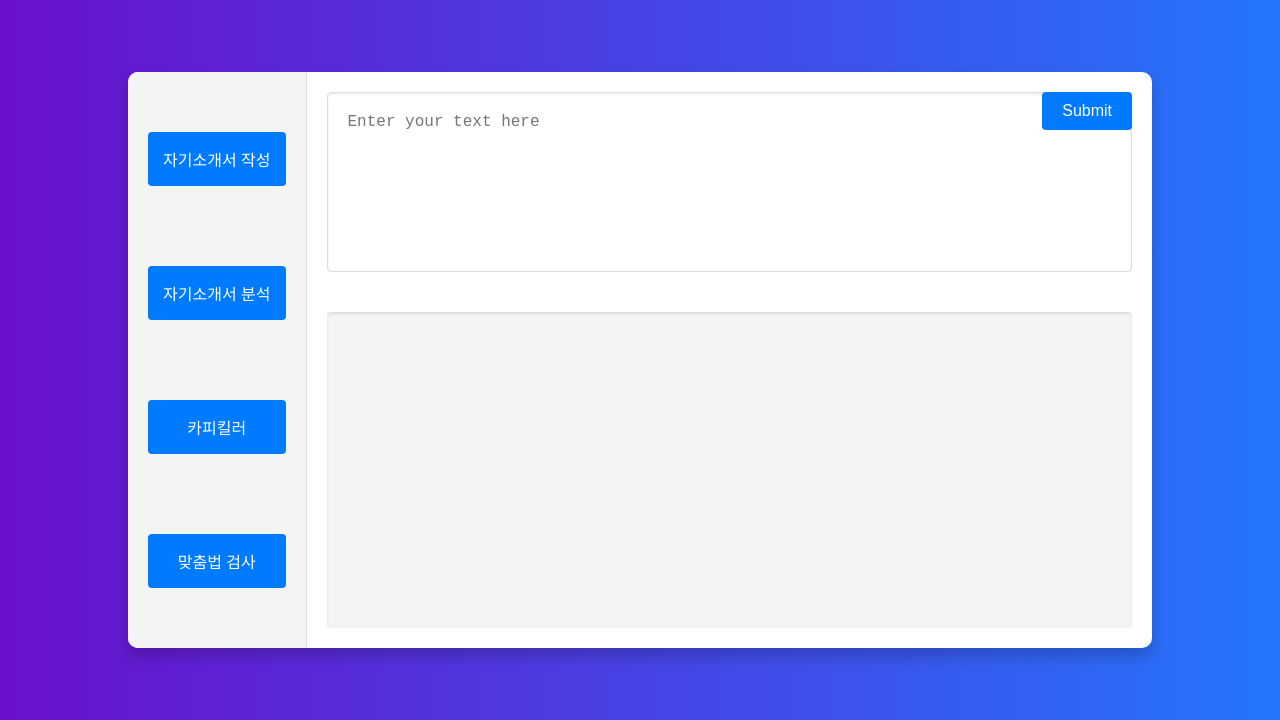
Repository: Choi9912/Flask_IntroduceGPT
Page: http://localhost/
An editor plug-in stored every save of this project. The page is shown before and after the next save, followed by the edit.
The browser window is 1280 px wide. The pictures show the whole page.
The page is served by the project's application, run on Flask 3 (app.py).

Above is the page before, as saved 2024-07-30 12:16:48.

### templates/index.html
<!doctype html>
<html lang="en">
<head>
    <meta charset="UTF-8">
    <title>AI Q&A</title>
    <link rel="stylesheet" href="style.css">
    <link href="https://fonts.googleapis.com/css2?family=Roboto:wght@400;500;700&display=swap" rel="stylesheet">
</head>
<body>
    <div class="container">
        <div class="sidebar">
            <button class="sidebar-btn" id="sendBtn">자기소개서 작성</button>
            <button class="sidebar-btn" id="analyzeBtn">자기소개서 분석</button>
            <button class="sidebar-btn" id="plagiarismBtn">카피킬러</button>
            <button class="sidebar-btn" id="spellCheckBtn">맞춤법 검사</button>
        </div>
        <div class="content">
            <textarea id="inputArea" placeholder="Enter your text here" spellcheck="false"></textarea>
            <button class="submit-btn" id="actionBtn">Submit</button>
            <div id="output"></div>
        </div>
    </div>
    <script src="script.js"></script>
</body>
</html>

### app.py
from flask import Flask, request, jsonify, render_template
import requests
import logging
import os

from dotenv import load_dotenv

load_dotenv()
API_URL = os.getenv('API_URL')
# Configure logging
logging.basicConfig(level=logging.DEBUG)

app = Flask(__name__)

class SelfIntroductionAnalyzer:
    def __init__(self, api_url):
        self.api_url = api_url

    def analyze(self, introduction, method):
        if method == 'iterative_refinement':
            return self.iterative_refinement(introduction)
        elif method == 'step_by_step':
            return self.step_by_step(introduction)
        elif method == 'few_shot':
            return self.few_shot(introduction)
        elif method == 'constraint_setting':
            return self.constraint_setting(introduction)
        else:
            return 'Error: Invalid method'

    def iterative_refinement(self, introduction):
        return self.send_request(self.create_messages(introduction))

    def step_by_step(self, introduction):
        steps = [
            "단계 1: 자기소개서를 분석합니다.",
            "단계 2: 주요 포인트와 주제를 식별합니다.",
            "단계 3: 구조와 일관성을 평가합니다."
        ]
        messages = self.create_messages(introduction, " ".join(steps))
        return self.send_request(messages)

    def few_shot(self, introduction):
        examples = [
            {"role": "user", "content": "자기소개서의 강점을 분석해주세요.", "role": "assistant", "content": "자기소개서의 강점은 명확한 목표 설정과 구체적인 경험 사례입니다."},
            {"role": "user", "content": "자기소개서에서 개선할 점을 알려주세요.", "role": "assistant", "content": "자기소개서의 개선할 점은 내용의 일관성과 논리적 흐름입니다."}
        ]
        messages = self.create_messages(introduction, examples=examples)
        return self.send_request(messages)

    def constraint_setting(self, introduction):
        constraints = "최대한 자세하게 알려주세요."
        messages = self.create_messages(introduction, constraints)
        return self.send_request(messages)

    def create_messages(self, introduction, additional_content="", examples=None):
        messages = [
            {"role": "system", "content": "당신은 자기소개서를 분석하는 AI입니다."},
            {"role": "user", "content": f"다음 자기소개서를 분석해주세요: {introduction} {additional_content}"}
        ]
        if examples:
            messages = [{"role": ex["role"], "content": ex["content"]} for ex in examples] + messages
        return messages

    def send_request(self, messages):
        try:
            response = requests.post(self.api_url, json=messages)
            response.raise_for_status()
            return response.json().get('choices')[0]['message']['content']
        except requests.RequestException as e:
            logging.error(f"Error in SelfIntroductionAnalyzer: {e}")
            return 'Error: Unable to get a response from the API'


class SelfIntroductionWriter:
    def __init__(self, api_url):
        self.api_url = api_url

    def write(self, prompt, method):
        if method == 'iterative_refinement':
            return self.iterative_refinement(prompt)
        elif method == 'step_by_step':
            return self.step_by_step(prompt)
        elif method == 'few_shot':
            return self.few_shot(prompt)
        elif method == 'constraint_setting':
            return self.constraint_setting(prompt)
        else:
            return 'Error: Invalid method'

    def iterative_refinement(self, prompt):
        return self.send_request(self.create_messages(prompt))

    def step_by_step(self, prompt):
        steps = [
            "단계 1. 소제목을 넣자: 자기소개서에 소제목을 추가합니다.",
            "단계 2. 두괄식으로 작성하자: 결론부터 말하고 자세한 내용을 덧붙입니다.",
            "단계 3. 문장을 간결하게, 문단을 나눠서 쓰자: 간결하고 명확한 문장을 사용하고, 적절한 문단 나누기로 가독성을 높입니다."
   ]
        messages = self.create_messages(prompt, " ".join(steps))
        return self.send_request(messages)

    def few_shot(self, prompt):
        examples = [
            {
                "role": "user",
                "content": "자기소개서를 작성해주세요.",
                "role": "assistant",
                "content": (
                    "① 경력 소개: 저는 열정적이고 성실한 사람입니다. "
                    "② 성장 과정: 다양한 경험을 통해 성장했습니다. "
                    "③ 결론: 저의 협력과 도전정신을 바탕으로 회사에 기여하고 싶습니다."
                )
            },
            {
                "role": "user",
                "content": "자기소개서의 핵심을 작성해주세요.",
                "role": "assistant",
                "content": (
                    "- 소개: 저는 협력과 도전정신을 중요시합니다. "
                    "- 경험: 항상 새로운 것을 배우고자 합니다. "
                    "- 목표: 이러한 태도로 귀사에 큰 기여를 하고 싶습니다."
                )
            }
        ]
        messages = self.create_messages(prompt, examples=examples)
        return self.send_request(messages)

    def constraint_setting(self, prompt):
        constraints = "소제목을 포함하고, 두괄식으로 작성하며, 문장을 간결하게 쓰고, 문단을 나누어 주세요."
        messages = self.create_messages(prompt, constraints)
        return self.send_request(messages)

    def create_messages(self, prompt, additional_content="", examples=None):
        messages = [
            {"role": "system", "content": "당신은 자기소개서를 작성하는 AI입니다."},
            {"role": "user", "content": f"다음 프롬프트로 자기소개서를 작성해주세요: {prompt} {additional_content}"}
        ]
        if examples:
            messages = [{"role": ex["role"], "content": ex["content"]} for ex in examples] + messages
        return messages

    def send_request(self, messages):
        try:
            response = requests.post(self.api_url, json=messages)
            response.raise_for_status()
            return response.json().get('choices')[0]['message']['content']
        except requests.RequestException as e:
            logging.error(f"Error in SelfIntroductionWriter: {e}")
            return 'Error: Unable to get a response from the API'



class PlagiarismDetector:
    def __init__(self, api_url):
        self.api_url = api_url

    def check_plagiarism(self, text, method):
        if method == 'iterative_refinement':
            return self.iterative_refinement(text)
        elif method == 'step_by_step':
            return self.step_by_step(text)
        elif method == 'few_shot':
            return self.few_shot(text)
        elif method == 'constraint_setting':
            return self.constraint_setting(text)
        else:
            return 'Error: Invalid method'

    def iterative_refinement(self, text):
        return self.send_request(self.create_messages(text))

    def step_by_step(self, text):
        steps = [
            "단계 1: 텍스트를 분석합니다.",
            "단계 2: 주요 포인트와 주제를 식별합니다.",
            "단계 3: 문장 구조와 단어 선택을 평가합니다.",
            "단계 4: 아이디어의 독창성을 평가합니다.",
            "단계 5: 다른 출처와의 유사성을 평가합니다."
        ]
        messages = self.create_messages(text, " ".join(steps))
        return self.send_request(messages)

    def few_shot(self, text):
        examples = [
            {"role": "user", "content": "다음 텍스트의 표절 여부를 검사해주세요.", "role": "assistant", "content": "이 텍스트는 다음 알려진 텍스트와 유사합니다: [알려진 텍스트]."},
            {"role": "user", "content": "이 텍스트는 표절인가요?", "role": "assistant", "content": "이 텍스트는 [알려진 텍스트]와 유사하므로 표절로 간주됩니다."}
        ]
        messages = self.create_messages(text, examples=examples)
        return self.send_request(messages)

    def constraint_setting(self, text):
        constraints = "텍스트의 모든 부분을 꼼꼼히 검사하고, 문장 구조, 단어 선택, 아이디어의 독창성을 고려하여 다른 출처와의 유사성을 평가해주세요."
        messages = self.create_messages(text, constraints)
        return self.send_request(messages)

    def create_messages(self, text, additional_content="", examples=None):
        messages = [
            {"role": "system", "content": "당신은 텍스트를 분석하여 표절 여부를 판단하는 AI입니다."},
            {"role": "user", "content": f"다음 텍스트의 표절 여부를 검사해주세요: {text} {additional_content}"}
        ]
        if examples:
            messages = [{"role": ex["role"], "content": ex["content"]} for ex in examples] + messages
        return messages

    def send_request(self, messages):
        try:
            response = requests.post(self.api_url, json=messages)
            response.raise_for_status()
            return response.json().get('choices')[0]['message']['content']
        except requests.RequestException as e:
            logging.error(f"Error in PlagiarismDetector: {e}")
            return 'Error: Unable to get a response from the API'



class SpellChecker:
    def __init__(self, api_url):
        self.api_url = api_url

    def check(self, text, method):
        if method == 'iterative_refinement':
            return self.iterative_refinement(text)
        elif method == 'step_by_step':
            return self.step_by_step(text)
        elif method == 'few_shot':
            return self.few_shot(text)
        elif method == 'constraint_setting':
            return self.constraint_setting(text)
        else:
            return 'Error: Invalid method'

    def iterative_refinement(self, text):
        return self.send_request(self.create_messages(text))

    def step_by_step(self, text):
        steps = [
            "단계 1: 텍스트를 분석합니다.",
            "단계 2: 철자 오류를 식별합니다.",
            "단계 3: 문법 오류를 식별합니다.",
            "단계 4: 문장 구조를 평가합니다.",
            "단계 5: 전체 텍스트의 일관성을 평가합니다."
        ]
        messages = self.create_messages(text, " ".join(steps))
        return self.send_request(messages)

    def few_shot(self, text):
        examples = [
            {"role": "user", "content": "다음 텍스트의 맞춤법을 검사해주세요.", "role": "assistant", "content": "이 텍스트에는 다음과 같은 철자 오류가 있습니다: [오류 예시]."},
            {"role": "user", "content": "이 텍스트의 문법 오류를 수정해주세요.", "role": "assistant", "content": "이 텍스트에는 다음과 같은 문법 오류가 있습니다: [오류 예시]."}
        ]
        messages = self.create_messages(text, examples=examples)
        return self.send_request(messages)

    def constraint_setting(self, text):
        constraints = "텍스트의 철자와 문법을 철저히 검사하고, 문장 구조와 일관성을 고려하여 전체 텍스트를 평가해주세요."
        messages = self.create_messages(text, constraints)
        return self.send_request(messages)

    def create_messages(self, text):
        return [
            {"role": "system", "content": "당신은 맞춤법 검사 AI입니다."},
            {"role": "user", "content": f"다음 글의 맞춤법을 확인해주세요: {text}"}
        ]

    def send_request(self, messages):
        try:
            response = requests.post(self.api_url, json=messages)
            response.raise_for_status()
            return response.json().get('choices')[0]['message']['content']
        except requests.RequestException as e:
            logging.error(f"Error in SpellChecker: {e}")
            return 'Error: Unable to get a response from the API'


class PromptOptimizerApp:
    def __init__(self, analyzer, writer, plagiarism_detector, spell_checker):
        self.app = Flask(__name__)
        self.analyzer = analyzer
        self.writer = writer
        self.plagiarism_detector = plagiarism_detector
        self.spell_checker = spell_checker
        self.setup_routes()

    def setup_routes(self):
        self.app.add_url_rule('/', 'index', self.index)
        self.app.add_url_rule('/generate', 'generate', self.generate, methods=['POST'])
        self.app.add_url_rule('/analyze', 'analyze', self.analyze_route, methods=['POST'])
        self.app.add_url_rule('/write', 'write', self.write_route, methods=['POST'])
        self.app.add_url_rule('/plagiarism_check', 'plagiarism_check', self.plagiarism_check_route, methods=['POST'])
        self.app.add_url_rule('/spell_check', 'spell_check', self.spell_check_route, methods=['POST'])

    def index(self):
        return render_template('index.html')

    def generate(self):
        data = request.get_json()
        question = data.get('question')
        logging.debug(f"Received question: {question}")

        answer = self.writer.iterative_refinement(question)
        return jsonify({'answer': answer})

    def analyze_route(self):
        data = request.get_json()
        introduction = data.get('introduction')
        method = data.get('method', 'iterative_refinement')  # Default to 'iterative_refinement'
        logging.debug(f"Received introduction: {introduction} with method: {method}")
        analysis = self.analyzer.analyze(introduction, method)
        return jsonify({'analysis': analysis})

    def write_route(self):
        data = request.get_json()
        prompt = data.get('prompt')
        method = data.get('method', 'iterative_refinement')  # Default to 'iterative_refinement'
        logging.debug(f"Received prompt: {prompt} with method: {method}")
        writing = self.writer.write(prompt, method)
        return jsonify({'writing': writing})

    def plagiarism_check_route(self):
        data = request.get_json()
        text = data.get('text')
        method = data.get('method', 'iterative_refinement')  # Default to 'iterative_refinement'
        logging.debug(f"Received text for plagiarism check: {text} with method: {method}")
        report = self.plagiarism_detector.check_plagiarism(text, method)

        return jsonify({'plagiarism_report': report})


    def spell_check_route(self):
        data = request.get_json()
        text = data.get('text')
        method = data.get('method', 'iterative_refinement')  # Default to 'iterative_refinement'
        logging.debug(f"Received text for spell check: {text} with method: {method}")
        report = self.spell_checker.check(text, method)
        return jsonify({'spell_check_report': report})

    def run(self):
        self.app.run(debug=True)

if __name__ == '__main__':
    analyzer = SelfIntroductionAnalyzer(API_URL)
    writer = SelfIntroductionWriter(API_URL)
    plagiarism_detector = PlagiarismDetector(API_URL)
    spell_checker = SpellChecker(API_URL)
    app_instance = PromptOptimizerApp(analyzer, writer, plagiarism_detector, spell_checker)
    app_instance.run()

### static/style.css
body {
    display: flex;
    justify-content: center;
    align-items: center;
    height: 100vh;
    margin: 0;
    font-family: 'Roboto', sans-serif;
    background: linear-gradient(to right, #6a11cb, #2575fc);
}

.container {
    display: flex;
    border-radius: 10px;
    box-shadow: 0 8px 16px rgba(0, 0, 0, 0.2);
    width: 80%;
    height: 80%;
    background-color: #ffffff;
    overflow: hidden;
    animation: fadeIn 1s ease-in-out;
}

.sidebar {
    display: flex;
    flex-direction: column;
    justify-content: space-around;
    padding: 20px;
    background-color: #f4f4f4;
    border-right: 1px solid #ddd;
    animation: slideIn 0.5s ease-in-out;
}

.sidebar-btn {
    padding: 15px;
    margin: 10px 0;
    border: none;
    border-radius: 4px;
    background-color: #007bff;
    color: #ffffff;
    cursor: pointer;
    font-size: 16px;
    transition: background-color 0.3s, box-shadow 0.3s, transform 0.3s;
}

.sidebar-btn:hover {
    background-color: #0056b3;
    box-shadow: 0 4px 8px rgba(0, 0, 0, 0.1);
    transform: translateY(-2px);
}

.content {
    flex: 1;
    display: flex;
    flex-direction: column;
    padding: 20px;
    position: relative;
    animation: fadeIn 1s ease-in-out;
}

#inputArea {
    flex: 1;
    margin-bottom: 20px;
    padding: 20px;
    font-size: 16px;
    border: 1px solid #ddd;
    border-radius: 4px;
    resize: none;
    box-shadow: inset 0 1px 3px rgba(0, 0, 0, 0.1);
    transition: border-color 0.3s, box-shadow 0.3s;
}

#inputArea:focus {
    border-color: #007bff;
    box-shadow: 0 0 5px rgba(0, 123, 255, 0.5);
}

.submit-btn {
    position: absolute;
    top: 20px;
    right: 20px;
    padding: 10px 20px;
    cursor: pointer;
    background-color: #007bff;
    color: #fff;
    border: none;
    border-radius: 4px;
    font-size: 16px;
    transition: background-color 0.3s, box-shadow 0.3s, transform 0.3s;
}

.submit-btn:hover {
    background-color: #0056b3;
    box-shadow: 0 4px 8px rgba(0, 0, 0, 0.1);
    transform: translateY(-2px);
}

#output {
    flex: 2;
    margin-top: 20px;
    border-top: 1px solid #ddd;
    padding: 20px;
    overflow-y: auto;
    background-color: #f4f4f4;
    border-radius: 4px;
    box-shadow: inset 0 1px 3px rgba(0, 0, 0, 0.1);
    animation: fadeIn 1s ease-in-out;
}

/* Animations */
@keyframes fadeIn {
    from { opacity: 0; }
    to { opacity: 1; }
}

@keyframes slideIn {
    from { transform: translateX(-100%); }
    to { transform: translateX(0); }
}

### static/script.js
document.addEventListener('DOMContentLoaded', function() {
    const sendBtn = document.getElementById('sendBtn');
    const analyzeBtn = document.getElementById('analyzeBtn');
    const plagiarismBtn = document.getElementById('plagiarismBtn');
    const spellCheckBtn = document.getElementById('spellCheckBtn');
    const actionBtn = document.getElementById('actionBtn');
    const inputArea = document.getElementById('inputArea');
    const outputDiv = document.getElementById('output');

    let currentAction = null;

    sendBtn.addEventListener('click', () => {
        currentAction = 'generate';
        inputArea.placeholder = 'Enter your question here';
    });

    analyzeBtn.addEventListener('click', () => {
        currentAction = 'analyze';
        inputArea.placeholder = 'Enter your self-introduction here';
    });

    plagiarismBtn.addEventListener('click', () => {
        currentAction = 'plagiarism_check';
        inputArea.placeholder = 'Enter your text for plagiarism check';
    });

    spellCheckBtn.addEventListener('click', () => {
        currentAction = 'spell_check';
        inputArea.placeholder = 'Enter your text for spell check';
    });

    actionBtn.addEventListener('click', () => {
        const text = inputArea.value;
        if (text.trim() === '' || !currentAction) return;

        let url;
        const body = {};

        switch (currentAction) {
            case 'generate':
                url = '/generate';
                body.question = text;
                break;
            case 'analyze':
                url = '/analyze';
                body.introduction = text;
                body.method = 'iterative_refinement'; // Default method
                break;
            case 'plagiarism_check':
                url = '/plagiarism_check';
                body.text = text;
                body.method = 'iterative_refinement'; // Default method
                break;
            case 'spell_check':
                url = '/spell_check';
                body.text = text;
                body.method = 'iterative_refinement'; // Default method
                break;
            default:
                return;
        }

        console.log(`Sending request to ${url} with body:`, body);

        actionBtn.disabled = true;
        outputDiv.textContent = 'Loading...';

        fetch(url, {
            method: 'POST',
            headers: {
                'Content-Type': 'application/json'
            },
            body: JSON.stringify(body)
        })
        .then(response => response.json())
        .then(data => {
            console.log('Received response:', data);
            let resultText;
            switch (currentAction) {
                case 'generate':
                    resultText = `Generated Response: ${data.answer || 'No response'}`;
                    break;
                case 'analyze':
                    resultText = `Analysis Result: ${data.analysis || 'No response'}`;
                    break;
                case 'plagiarism_check':
                    resultText = `Plagiarism Report: ${data.plagiarism_report || 'No report'}`;
                    break;
                case 'spell_check':
                    resultText = `Spell Check Report: ${data.spell_check_report || 'No report'}`;
                    break;
                default:
                    resultText = 'No valid action performed.';
            }
            outputDiv.textContent = resultText;
        })
        .catch(error => {
            console.error('Error:', error);
            outputDiv.textContent = 'Error: Unable to get a response from the server.';
        })
        .finally(() => {
            // Re-enable the action button and clear the input
            actionBtn.disabled = false;
            inputArea.value = '';
        });
    });
});

After the next save:
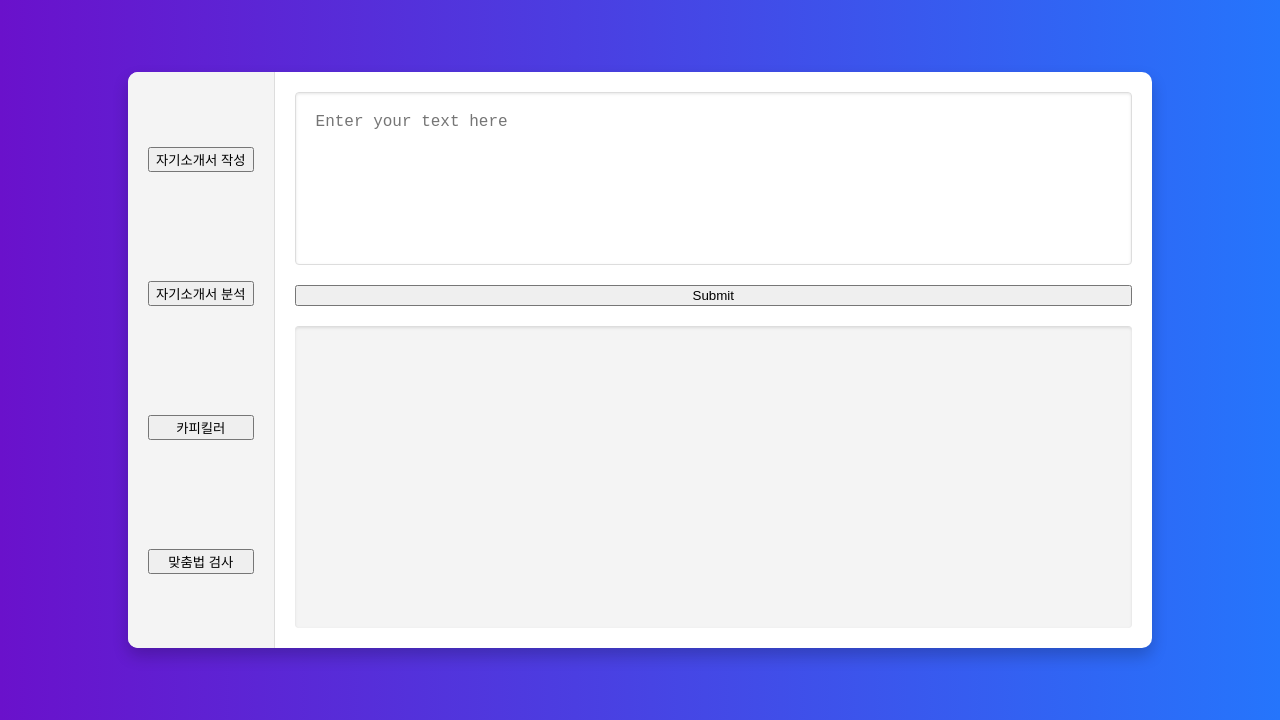
Saved 33 s later.
--- a/templates/index.html
+++ b/templates/index.html
@@ -3,23 +3,22 @@
 <head>
     <meta charset="UTF-8">
     <title>AI Q&A</title>
-    <link rel="stylesheet" href="style.css">
-    <link href="https://fonts.googleapis.com/css2?family=Roboto:wght@400;500;700&display=swap" rel="stylesheet">
+    <link rel="stylesheet" href="{{ url_for('static', filename='style.css') }}">
 </head>
 <body>
     <div class="container">
         <div class="sidebar">
-            <button class="sidebar-btn" id="sendBtn">자기소개서 작성</button>
-            <button class="sidebar-btn" id="analyzeBtn">자기소개서 분석</button>
-            <button class="sidebar-btn" id="plagiarismBtn">카피킬러</button>
-            <button class="sidebar-btn" id="spellCheckBtn">맞춤법 검사</button>
+            <button id="sendBtn">자기소개서 작성</button>
+            <button id="analyzeBtn">자기소개서 분석</button>
+            <button id="plagiarismBtn">카피킬러</button>
+            <button id="spellCheckBtn">맞춤법 검사</button>
         </div>
         <div class="content">
             <textarea id="inputArea" placeholder="Enter your text here" spellcheck="false"></textarea>
-            <button class="submit-btn" id="actionBtn">Submit</button>
+            <button id="actionBtn">Submit</button>
             <div id="output"></div>
         </div>
     </div>
-    <script src="script.js"></script>
+    <script src="{{ url_for('static', filename='script.js') }}"></script>
 </body>
 </html>
